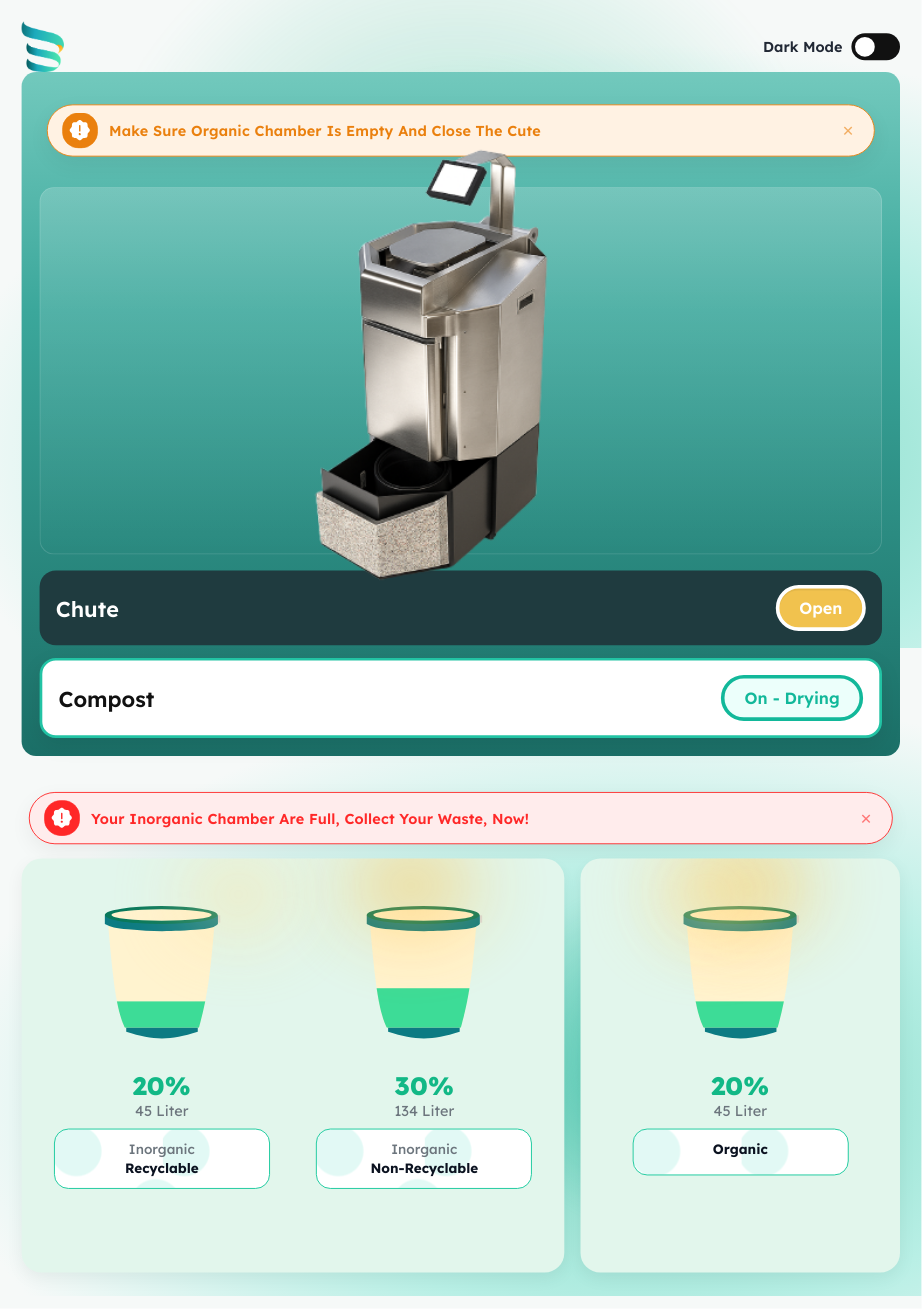
Repository: william-saputra/nusabin
Page: pages/homepage.html
An editor plug-in stored every save of this project. The page is shown before and after the next save, followed by the edit.
The browser window is 1024 px wide. The pictures show the whole page, at 90% of full size.
Backgrounds fixed to the window are drawn as part of the page.

Above is the page before, as saved 2025-08-13 00:08:09.

### pages/homepage.html
<!DOCTYPE html>
<html lang="en">
  <head>
    <meta charset="UTF-8" />
    <meta name="viewport" content="width=device-width, initial-scale=1.0" />
    <title>Nusabin – Homepage</title>
    <link rel="preconnect" href="https://fonts.googleapis.com" />
    <link rel="preconnect" href="https://fonts.gstatic.com" crossorigin />
    <link href="https://fonts.googleapis.com/css2?family=Lexend:wght@400;500;600;700;800&family=Inter:wght@400;500;600;700;800&display=swap" rel="stylesheet" />
    <link rel="stylesheet" href="../styles/base.css" />
    <link rel="stylesheet" href="../styles/pages/homepage.css" />
  </head>
  <body>
    <div class="homepage no-nav">
      <header class="topbar no-nav">
        <img src="../assets/images/green_logo.png" alt="Nusabin" class="logo no-nav" />
        <div class="spacer no-nav"></div>
        <div class="theme-toggle no-nav">
          <span class="label no-nav">Dark Mode</span>
          <label class="switch no-nav">
            <input id="dark-toggle" class="no-nav" type="checkbox" />
            <span class="slider round no-nav"></span>
          </label>
        </div>
      </header>

      <main class="layout">
        <div class="left-col">
          <section class="alerts no-nav">
            <div class="alert pill no-nav" data-variant="danger" data-alert-id="left-alert">
              <img class="alert-icon" src="../assets/icons/red_alert.svg" alt="alert" width="40" height="40" />
              <div class="text no-nav">Your Inorganic Chamber Are Full, Collect Your Waste, Now!</div>
              <button class="close no-nav" data-dismiss>
                <span class="no-nav">&#10005;</span>
              </button>
            </div>
          </section>
          <div class="left-grid clickable-area" data-navigate>
          <div class="card card-buckets">
            <div class="bucket-group">
              <div class="bucket-item" data-id="inorganic_recyclable">
                <svg class="bucket-svg" viewBox="0 0 197 216" aria-labelledby="title-ir" role="img">
                  <title id="title-ir">Inorganic Recyclable</title>
                  <defs>
                    <clipPath id="cupShape-inorganic_recyclable">
                      <path d="M53.3367 175.048C43.8761 154.841 39.492 126.346 33.0561 49.7143L162.041 52.148C157.42 108.314 153.879 136.877 143.383 175.048C107.592 183.612 87.9058 183.201 53.3367 175.048Z" />
                    </clipPath>
                  </defs>
                  <path d="M53.3367 175.048C43.8761 154.841 39.492 126.346 33.0561 49.7143L162.041 52.148C157.42 108.314 153.879 136.877 143.383 175.048C107.592 183.612 87.9058 183.201 53.3367 175.048Z" fill="#FFF3CF" />
                  <rect id="cupFill-inorganic_recyclable" x="0" y="175" width="197" height="0" clip-path="url(#cupShape-inorganic_recyclable)" />
                  <path d="M55 179.937V175H142V179.937C107.725 190.783 88.6686 190.592 55 179.937Z" fill="#0C7B83" />
                  <rect x="166.097" y="38.3571" width="3.2449" height="8.92347" fill="#D9D9D9" />
                  <path d="M29 48.9031V38.3571H166.503V48.9031C162.244 52.8888 157.731 54.2809 146.222 55.3929C109.605 58.2432 89.8065 58.6723 56.9872 55.3929C42.0852 54.0832 36.1288 52.6188 29 48.9031Z" fill="#0C7B83" />
                  <ellipse cx="97.5485" cy="37.9515" rx="68.5485" ry="10.9515" fill="#08785B" />
                  <ellipse cx="97.9541" cy="37.9515" rx="60.8418" ry="6.89541" fill="#FFF3CF" />
                </svg>
                <div class="bucket-metrics">
                  <div class="percent" data-percent>0%</div>
                  <div class="liter" data-liter>0 Liter</div>
                </div>
                <div class="chip chip-2line"><span>Inorganic</span><strong>Recyclable</strong></div>
              </div>

              <div class="bucket-item" data-id="inorganic_non_recyclable">
                <svg class="bucket-svg" viewBox="0 0 197 216" aria-labelledby="title-inr" role="img">
                  <title id="title-inr">Inorganic <br>Non-Recyclable</title>
                  <defs>
                    <clipPath id="cupShape-inorganic_non_recyclable">
                      <path d="M53.3367 175.048C43.8761 154.841 39.492 126.346 33.0561 49.7143L162.041 52.148C157.42 108.314 153.879 136.877 143.383 175.048C107.592 183.612 87.9058 183.201 53.3367 175.048Z" />
                    </clipPath>
                  </defs>
                  <path d="M53.3367 175.048C43.8761 154.841 39.492 126.346 33.0561 49.7143L162.041 52.148C157.42 108.314 153.879 136.877 143.383 175.048C107.592 183.612 87.9058 183.201 53.3367 175.048Z" fill="#FFF3CF" />
                  <rect id="cupFill-inorganic_non_recyclable" x="0" y="175" width="197" height="0" clip-path="url(#cupShape-inorganic_non_recyclable)" />
                  <path d="M55 179.937V175H142V179.937C107.725 190.783 88.6686 190.592 55 179.937Z" fill="#0C7B83" />
                  <rect x="166.097" y="38.3571" width="3.2449" height="8.92347" fill="#D9D9D9" />
                  <path d="M29 48.9031V38.3571H166.503V48.9031C162.244 52.8888 157.731 54.2809 146.222 55.3929C109.605 58.2432 89.8065 58.6723 56.9872 55.3929C42.0852 54.0832 36.1288 52.6188 29 48.9031Z" fill="#0C7B83" />
                  <ellipse cx="97.5485" cy="37.9515" rx="68.5485" ry="10.9515" fill="#08785B" />
                  <ellipse cx="97.9541" cy="37.9515" rx="60.8418" ry="6.89541" fill="#FFF3CF" />
                </svg>
                <div class="bucket-metrics">
                  <div class="percent" data-percent>0%</div>
                  <div class="liter" data-liter>0 Liter</div>
                </div>
                <div class="chip chip-2line"><span>Inorganic</span><strong>Non-Recyclable</strong></div>
              </div>
            </div>
          </div>

          <div class="card card-bucket-single">
            <div class="bucket-item" data-id="organic">
              <svg class="bucket-svg" viewBox="0 0 197 216" aria-labelledby="title-org" role="img">
                <title id="title-org">Organic</title>
                <defs>
                  <clipPath id="cupShape-organic">
                    <path d="M53.3367 175.048C43.8761 154.841 39.492 126.346 33.0561 49.7143L162.041 52.148C157.42 108.314 153.879 136.877 143.383 175.048C107.592 183.612 87.9058 183.201 53.3367 175.048Z" />
                  </clipPath>
                </defs>
                <path d="M53.3367 175.048C43.8761 154.841 39.492 126.346 33.0561 49.7143L162.041 52.148C157.42 108.314 153.879 136.877 143.383 175.048C107.592 183.612 87.9058 183.201 53.3367 175.048Z" fill="#FFF3CF" />
                <rect id="cupFill-organic" x="0" y="175" width="197" height="0" clip-path="url(#cupShape-organic)" />
                <path d="M55 179.937V175H142V179.937C107.725 190.783 88.6686 190.592 55 179.937Z" fill="#0C7B83" />
                <rect x="166.097" y="38.3571" width="3.2449" height="8.92347" fill="#D9D9D9" />
                <path d="M29 48.9031V38.3571H166.503V48.9031C162.244 52.8888 157.731 54.2809 146.222 55.3929C109.605 58.2432 89.8065 58.6723 56.9872 55.3929C42.0852 54.0832 36.1288 52.6188 29 48.9031Z" fill="#0C7B83" />
                <ellipse cx="97.5485" cy="37.9515" rx="68.5485" ry="10.9515" fill="#08785B" />
                <ellipse cx="97.9541" cy="37.9515" rx="60.8418" ry="6.89541" fill="#FFF3CF" />
              </svg>
              <div class="bucket-metrics">
                <div class="percent" data-percent>0%</div>
                <div class="liter" data-liter>0 Liter</div>
              </div>
              <div class="chip chip-2line"><strong>Organic</strong></div>
            </div>
          </div>
          </div>
        </div>

        <aside class="right-panel">
          <section class="alerts no-nav">
            <div class="alert pill no-nav" data-variant="warning" data-alert-id="right-alert">
              <img class="alert-icon" src="../assets/icons/orange_alert.svg" alt="alert" width="40" height="40" />
              <div class="text no-nav">Make Sure Organic Chamber Is Empty And Close The Cute</div>
              <button class="close no-nav" data-dismiss>
                <span class="no-nav">&#10005;</span>
              </button>
            </div>
          </section>
          <div class="machine-wrapper">
            <img src="../assets/images/machine.png" alt="Machine" class="machine" />
          </div>
          <div class="status-panel no-nav">
            <div class="status-row variant-dark no-nav">
              <div class="label no-nav">Chute</div>
              <div class="status-pill pill-open no-nav">Open</div>
            </div>
            <div class="status-row variant-light no-nav">
              <div class="label no-nav">Compost</div>
              <div class="status-pill pill-on no-nav">On - Drying</div>
            </div>
          </div>
        </aside>
      </main>
      <div class="page-bottom-decor" aria-hidden="true"></div>
    </div>

    <script src="../scripts/theme.js"></script>
    <script src="../scripts/main.js"></script>
  </body>
  </html>

### styles/base.css
:root {
  --bg: #f6f9f8;
  --card: #E2F6EC;
  --text: #0b1220;
  --muted: #6b7280;
  --primary: #1cb59b;
  --danger: #e53935;
  --warning: #ffb74d;
  --ring: rgba(28, 181, 155, 0.35);
}

* { box-sizing: border-box; }
html, body { height: 100%; }
body {
  margin: 0;
  font-family: Lexend, Inter, system-ui, -apple-system, Segoe UI, Roboto, Helvetica, Arial, "Apple Color Emoji", "Segoe UI Emoji";
  color: var(--text);
  background: radial-gradient(1200px 700px at 70% 70%, #7ed8c4 0%, #b8efe5 35%, #f6f9f8 65%) no-repeat fixed;
}

/* Generic layout */
.homepage { padding: 24px; }
.topbar { display: flex; align-items: center; gap: 16px; }
.spacer { flex: 1 1 auto; }
.logo { height: 56px; }

.theme-toggle { display: flex; align-items: center; gap: 10px; font-weight: 600; }
.theme-toggle .label { opacity: 0.9; }

/* Toggle */
.switch { position: relative; display: inline-block; width: 54px; height: 30px; }
.switch input { display: none; }
.slider { position: absolute; cursor: pointer; top: 0; left: 0; right: 0; bottom: 0; background: #111; transition: .2s; border-radius: 999px; }
.slider:before { position: absolute; content: ""; height: 22px; width: 22px; left: 4px; bottom: 4px; background: #fff; transition: .2s; border-radius: 50%; }
input:checked + .slider { background: #cdd2d6; }
input:checked + .slider:before { transform: translateX(24px); }

/* Alerts */
.alerts { display: grid; grid-template-columns: 1fr; gap: 12px; margin: 18px 0; }
.alert { display: grid; grid-template-columns: auto 1fr auto; align-items: center; gap: 12px; padding: 8px 16px; border-radius: 50px; box-shadow: 0 8px 24px rgba(0,0,0,.06); font-family: Lexend, Inter, sans-serif; border: 1px solid currentColor; }
.alert .text { font-weight: 600; letter-spacing: .2px; }
.alert .close { appearance: none; border: 0; background: transparent; cursor: pointer; opacity: 0.6; font-size: 16px; color: inherit; }
.alert.pill[data-variant="danger"] { color: #FF2828; background: #FFECEC; }
.alert.pill[data-variant="warning"] { color: #EA800E; background: #FFF2E3; }
.alert-icon { flex: 0 0 auto; width: 40px; height: 40px; }

/* Align alerts: left and right margins consistent */
.left-col .alerts, .right-panel .alerts { margin: 16px 8px; }

/* Page bottom glow circle */
.page-bottom-decor { position: fixed; left: 50%; bottom: -180px; transform: translateX(-50%); width: 1200px; height: 1200px; border-radius: 50%; background: radial-gradient(closest-side, rgba(18,184,134,0.35), rgba(18,184,134,0) 70%); filter: blur(12px); pointer-events: none; z-index: -1; }

/* Main layout */
.layout { display: grid; grid-template-columns: 1.35fr 480px; gap: 24px; align-items: start; }
.left-col { display: block; }
.left-grid { display: grid; grid-template-columns: 1.7fr 1fr; gap: 18px; }

.card { background: var(--card); border-radius: 22px; padding: 28px; box-shadow: 0 6px 20px rgba(0,0,0,.06); position: relative; overflow: hidden; }
.card::before, .card::after { content: ""; position: absolute; pointer-events: none; border-radius: 50%; filter: blur(40px); opacity: 0.9; }
.card::before { width: 280px; height: 200px; top: -70px; right: 30px; background: radial-gradient(closest-side, rgba(255,189,57,0.85), rgba(255,189,57,0) 70%); }
.card::after  { width: 240px; height: 180px; top: -50px; left: 40%; transform: translateX(-50%); background: radial-gradient(closest-side, rgba(255,225,149,0.85), rgba(255,225,149,0) 70%); }
.card-buckets { display: block; background: #E2F6EC; min-height: 460px; }
.card-bucket-single { display: block; background: #E2F6EC; min-height: 460px; }

.bucket-group { display: grid; grid-template-columns: 1fr 1fr; gap: 36px; justify-items: center; }
.bucket-item { display: grid; justify-items: center; gap: 10px; }
.bucket-svg { width: 100%; max-width: 240px; height: auto; display: block; }
.bucket-static { pointer-events: none; }

.bucket-metrics { text-align: center; }
.bucket-metrics .percent { font-weight: 800; font-size: 28px; color: #12B886; }
.bucket-metrics .percent.danger { color: #F44336; }
.bucket-metrics .liter { color: #6C757D; font-size: 16px; }

.chip { display: inline-flex; flex-direction: column; align-items: center; gap: 4px; padding: 14px 22px; border-radius: 16px; background: #fff; border: 1.5px solid #0DC798; font-size: 22px; line-height: 1.1; min-height: 52px; min-width: 240px; }
.chip span { color: #6C757D; font-weight: 500; }
.chip strong { font-weight: 700; }
.chip-positive strong { color: #12B886; }
.chip-negative strong { color: #F44336; }
.chip {
  background-image: radial-gradient(circle at 20% 20%, rgba(13, 207, 173, 0.12) 0 20%, rgba(13, 207, 173, 0) 21%),
                    radial-gradient(circle at 80% 60%, rgba(13, 207, 173, 0.12) 0 20%, rgba(13, 207, 173, 0) 21%);
  background-size: 120px 120px, 140px 140px;
}

.chip-2line { font-size: 15px; }

.right-panel { display: grid; grid-template-rows: 1fr auto; gap: 18px; }
.right-panel { background: linear-gradient(180deg, #72c9bd 0%, #3ba79b 35%, #1b6f67 100%); padding: 20px; border-radius: 16px; }
.machine-wrapper { display: grid; place-items: center; background: linear-gradient(180deg, rgba(255,255,255,0.18), rgba(255,255,255,0)); border-radius: 16px; min-height: 400px; box-shadow: inset 0 0 0 1px rgba(255,255,255,0.15); }
.machine { max-width: 100%; height: auto; object-fit: contain; transform: scale(1.3); transform-origin: center; }

.status-panel { background: transparent; border-radius: 16px; padding: 0; display: grid; gap: 16px; }
.status-row { display: flex; align-items: center; justify-content: space-between; padding: 16px 18px; border-radius: 18px; }
.status-row .label { font-weight: 600; font-size: 24px; }
.status-row.variant-dark { background: #1f3b3f; color: #ffffff; }
.status-row.variant-light { background: #ffffff; color: #111; border: 3px solid #22c3a4; box-shadow: 0 8px 24px rgba(0,0,0,.08); }
.status-pill { border-radius: 999px; padding: 10px 22px; font-weight: 600; font-size: 18px; }
.pill-open { background: #f1c24e; color: #ffffff; border: 4px solid #ffffff; box-shadow: 0 2px 0 rgba(0,0,0,.06) inset; }
.pill-on { background: #ecfffb; color: #12b89a; border: 4px solid #12b89a; }

.clickable-area { cursor: pointer; }

/* Decorative half-circle with glow on the left bottom */
.left-col { position: relative; }
.left-col::after { content: ""; position: absolute; left: 50%; transform: translateX(-10%); bottom: -40px; width: 560px; height: 560px; border-bottom-left-radius: 560px; border-bottom-right-radius: 560px; border-top-left-radius: 560px; border-top-right-radius: 560px; background: radial-gradient(closest-side, rgba(28,181,155,0.55), rgba(28,181,155,0) 70%); filter: blur(6px); z-index: -1; }
.left-col::before { content: ""; position: absolute; left: 40%; transform: translateX(-50%); bottom: 20px; width: 380px; height: 220px; border-radius: 380px 380px 0 0; background: radial-gradient(closest-side, rgba(60,220,178,0.7), rgba(60,220,178,0) 70%); filter: blur(20px); z-index: -1; }

/* Dark mode */
.dark body, body.dark { background: radial-gradient(1200px 700px at 70% 70%, #0e3c3b 0%, #0f6b61 35%, #071b1a 65%); color: #e5f6f1; }
body.dark .card, body.dark .status-panel { background: #0a1414; color: #e6f5f1; }
body.dark .chip { background: #08201c; border-color: #0f3f36; }
body.dark .bucket-metrics .percent { color: #55e3c7; }
body.dark .status-row { background: #051010; }
body.dark .status-pill { background: #0b2a26; }

/* Utilities for specific wrappers that shouldn't navigate */
.no-nav { pointer-events: auto; }

@media (max-width: 1100px) {
  .layout { grid-template-columns: 1fr; }
  .right-panel { order: -1; }
}

### styles/pages/homepage.css
/* Page-specific fine-tuning for Homepage */
.homepage .card-buckets { background: #E2F6EC; }
.homepage .card-bucket-single { background: #E2F6EC; }

.homepage .bucket-item .bucket { filter: drop-shadow(0 10px 24px rgba(0,0,0,.08)); }
.homepage .bucket-item .percent { letter-spacing: .3px; }

.right-panel .status-panel { gap: 14px; }

@media (max-width: 1100px) {
  .homepage .bucket-svg { max-width: 180px; }
}

### scripts/theme.js
(function () {
  const toggle = document.getElementById('dark-toggle');
  if (!toggle) return;

  const apply = (isDark) => {
    document.body.classList.toggle('dark', isDark);
    try { localStorage.setItem('theme-dark', isDark ? '1' : '0'); } catch (_) {}
  };

  // Restore previous preference
  let stored = null;
  try { stored = localStorage.getItem('theme-dark'); } catch (_) {}
  apply(stored === '1');
  toggle.checked = stored === '1';

  toggle.addEventListener('change', () => apply(toggle.checked));
})();

### scripts/main.js
(function () {
  const root = document;

  // Navigate to detail when clicking anywhere on the left grid
  const clickable = root.querySelector('.clickable-area');
  if (clickable) {
    clickable.addEventListener('click', function (ev) {
      const target = ev.target;
      if (target && (target.closest('[data-dismiss]') || target.closest('.switch') || target.closest('.status-panel') || target.closest('.alerts'))) return;
      window.location.href = '../pages/detail.html';
    });
  }

  // Close alert buttons
  root.querySelectorAll('[data-dismiss]').forEach((btn) => {
    btn.addEventListener('click', (e) => {
      e.stopPropagation();
      const alert = btn.closest('.alert');
      if (alert) alert.remove();
    });
  });

  // Example: programmatic update of alert colors (kept for future use)
  function setAlertVariant(id, variant) {
    const el = root.querySelector('[data-alert-id="' + id + '"]');
    if (!el) return;
    el.setAttribute('data-variant', variant);
    const rect = el.querySelector('g > rect');
    if (rect) rect.setAttribute('fill', variant === 'danger' ? '#FF2828' : '#EA800E');
  }

  // Data dummy hardcoded
  const data = {
    inorganic_recyclable: { level: 20, volume: 45 },
    inorganic_non_recyclable: { level: 30, volume: 134 },
    organic: { level: 20, volume: 45 }
  };

  // Update function per spec
  function updateFill(binId, percent, volumeLiters) {
    const rect = root.getElementById('cupFill-' + binId);
    if (!rect) return;
    // Using actual bucket.svg coordinates: baseY aligns with ~175 (bottom of cup path), contentHeight approximated to inner cup height
    const contentHeight = 160; // adjustable based on real cup inner height
    const baseY = 175;
    const p = Math.max(0, Math.min(100, percent));
    const newHeight = (p / 100) * contentHeight;
    const newY = baseY - newHeight;
    rect.setAttribute('height', String(newHeight));
    rect.setAttribute('y', String(newY));
    rect.setAttribute('fill', p >= 70 ? '#F04438' : '#3DDC97');

    const item = root.querySelector('.bucket-item[data-id="' + binId + '"]');
    if (!item) return;
    const percentEl = item.querySelector('[data-percent]');
    const literEl = item.querySelector('[data-liter]');
    if (percentEl) {
      percentEl.textContent = p + '%';
      percentEl.classList.toggle('danger', p >= 70);
    }
    if (literEl) literEl.textContent = volumeLiters + ' Liter';
  }

  // Initialize
  Object.entries(data).forEach(([id, val]) => {
    updateFill(id, val.level, val.volume);
  });
})();

After the next save:
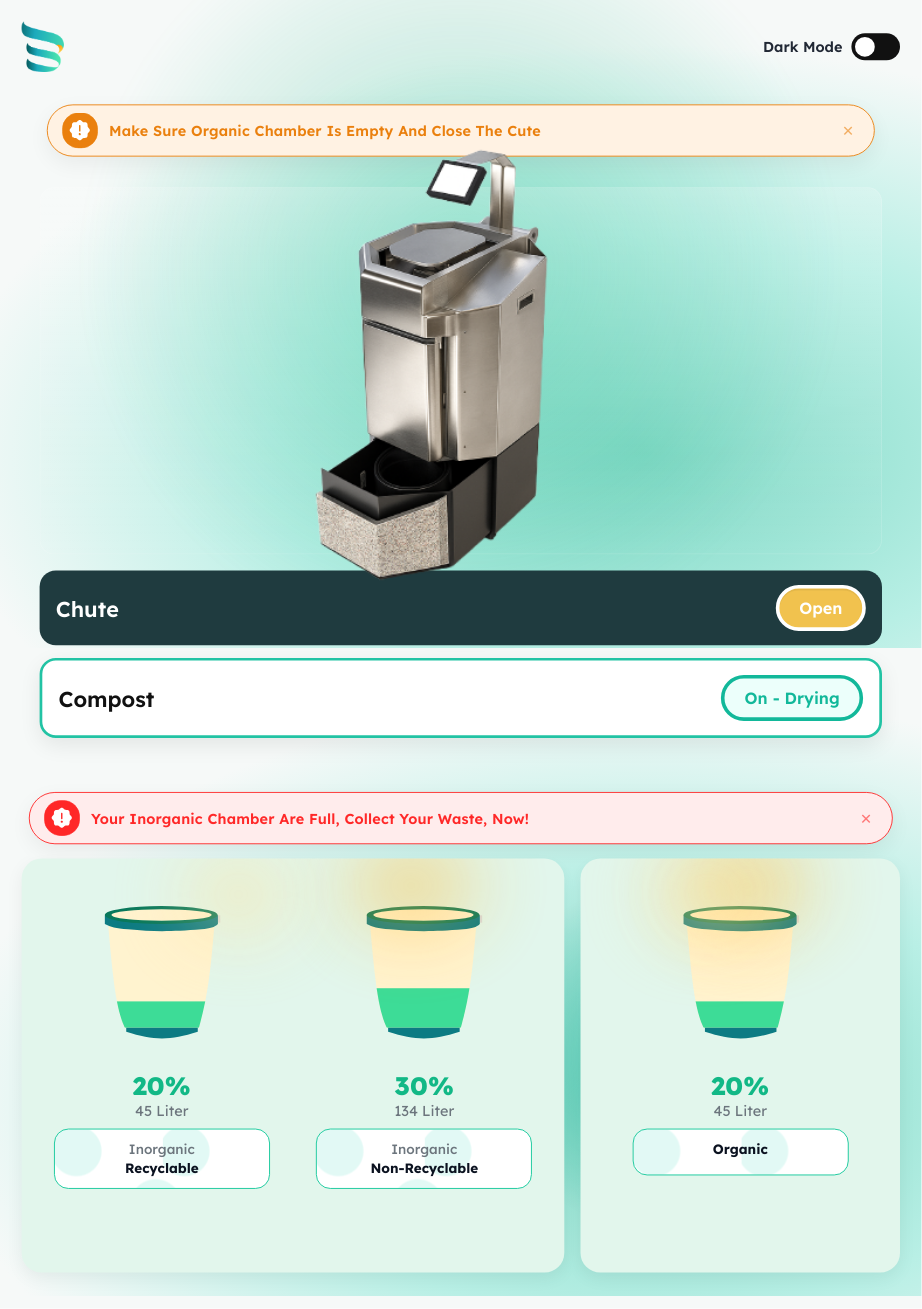
Saved 107 s later.
--- a/styles/base.css
+++ b/styles/base.css
@@ -19,7 +19,7 @@ body {
 }
 
 /* Generic layout */
-.homepage { padding: 24px; }
+.homepage { padding: 24px; position: relative; }
 .topbar { display: flex; align-items: center; gap: 16px; }
 .spacer { flex: 1 1 auto; }
 .logo { height: 56px; }
@@ -51,7 +51,7 @@ input:checked + .slider:before { transform: translateX(24px); }
 .page-bottom-decor { position: fixed; left: 50%; bottom: -180px; transform: translateX(-50%); width: 1200px; height: 1200px; border-radius: 50%; background: radial-gradient(closest-side, rgba(18,184,134,0.35), rgba(18,184,134,0) 70%); filter: blur(12px); pointer-events: none; z-index: -1; }
 
 /* Main layout */
-.layout { display: grid; grid-template-columns: 1.35fr 480px; gap: 24px; align-items: start; }
+.layout { display: grid; grid-template-columns: 1.35fr 480px; gap: 24px; align-items: start; position: relative; z-index: 1; }
 .left-col { display: block; }
 .left-grid { display: grid; grid-template-columns: 1.7fr 1fr; gap: 18px; }
 
@@ -86,7 +86,7 @@ input:checked + .slider:before { transform: translateX(24px); }
 .chip-2line { font-size: 15px; }
 
 .right-panel { display: grid; grid-template-rows: 1fr auto; gap: 18px; }
-.right-panel { background: linear-gradient(180deg, #72c9bd 0%, #3ba79b 35%, #1b6f67 100%); padding: 20px; border-radius: 16px; }
+.right-panel { background: transparent; padding: 20px; border-radius: 16px; }
 .machine-wrapper { display: grid; place-items: center; background: linear-gradient(180deg, rgba(255,255,255,0.18), rgba(255,255,255,0)); border-radius: 16px; min-height: 400px; box-shadow: inset 0 0 0 1px rgba(255,255,255,0.15); }
 .machine { max-width: 100%; height: auto; object-fit: contain; transform: scale(1.3); transform-origin: center; }
 
@@ -106,6 +106,20 @@ input:checked + .slider:before { transform: translateX(24px); }
 .left-col::after { content: ""; position: absolute; left: 50%; transform: translateX(-10%); bottom: -40px; width: 560px; height: 560px; border-bottom-left-radius: 560px; border-bottom-right-radius: 560px; border-top-left-radius: 560px; border-top-right-radius: 560px; background: radial-gradient(closest-side, rgba(28,181,155,0.55), rgba(28,181,155,0) 70%); filter: blur(6px); z-index: -1; }
 .left-col::before { content: ""; position: absolute; left: 40%; transform: translateX(-50%); bottom: 20px; width: 380px; height: 220px; border-radius: 380px 380px 0 0; background: radial-gradient(closest-side, rgba(60,220,178,0.7), rgba(60,220,178,0) 70%); filter: blur(20px); z-index: -1; }
 
+/* Full-height right-side green rail */
+.homepage::after {
+  content: "";
+  position: absolute;
+  top: 0;
+  right: 0;
+  bottom: 0;
+  width: 520px; /* matches the 480px column + padding visually */
+  background: linear-gradient(180deg, #72c9bd 0%, #3ba79b 35%, #1b6f67 100%);
+  z-index: 0;
+  border-top-left-radius: 18px;
+  border-bottom-left-radius: 18px;
+}
+
 /* Dark mode */
 .dark body, body.dark { background: radial-gradient(1200px 700px at 70% 70%, #0e3c3b 0%, #0f6b61 35%, #071b1a 65%); color: #e5f6f1; }
 body.dark .card, body.dark .status-panel { background: #0a1414; color: #e6f5f1; }
@@ -120,4 +134,5 @@ body.dark .status-pill { background: #0b2a26; }
 @media (max-width: 1100px) {
   .layout { grid-template-columns: 1fr; }
   .right-panel { order: -1; }
+  .homepage::after { display: none; }
 }
